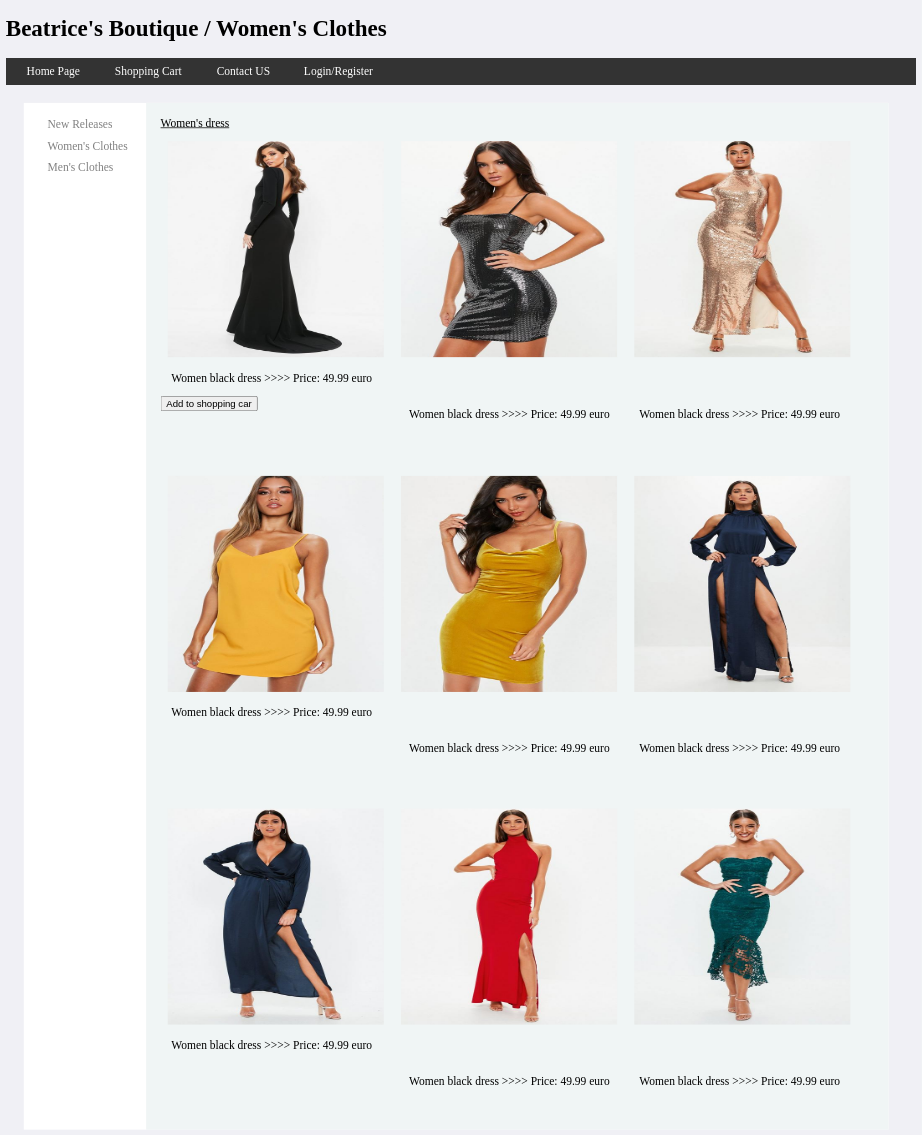
Repository: IosifDobos/Beatrice-Boutique
Page: BeatriceBoutique/Java/WorkSpace/BeatriceBoutique/WebContent/womensClothes.html
The author's editor kept a copy of each file at every save. The page is drawn from the files as they stood at one save, then again after the next save.
The browser window is 1280 px wide. The pictures show the whole page, at 72% of full size.

Above is the page before, as saved 2018-12-04 17:47:36.

### BeatriceBoutique/Java/WorkSpace/BeatriceBoutique/WebContent/womensClothes.html
<!DOCTYPE html >
<html>
<head>
<meta http-equiv="Content-Type" content="text/html; charset=ISO-8859-1">
<link rel="stylesheet" type="text/css" href="styleSheet.css">
<title>Women's Clothes</title>
</head>
<body>

	<h1>Beatrice's Boutique / Women's Clothes</h1>

	<ul>
		<li><a href="homePage.html">Home Page</a></li>
		<li><a href="shoppingCart.html">Shopping Cart</a></li>
		<li><a href="contact.html">Contact US</a></li>
		<li><a href="login.html">Login/Register</a></li>
	</ul>


	<div class = "container">
		<!-- left side of the container where menu is displayed -->
		<div id="sidemenu">
			<a href="#">New Releases</a>
			<a href="womensClothes.html">Women's Clothes</a>
			<a href="#">Men's Clothes</a>
		</div>
		<!-- right side of the container -->
		<div id="right-side">
			<p><u>Women's dress</u></p>

			<img alt="dress" src="womens-img/black-open-back-maxi-dress.jpg" width="300" height="300" style="margin-left: 10px;">

			<img alt="dress1" src="womens-img/black-sewn-through-disc-bodycon-mini-dress.jpg" width="300" height="300" style="margin-left: 20px;">

			<img alt="dress2" src="womens-img/gold-sequin-choker-maxi-dress.jpg" width="300" height="300" style="margin-left: 20px;">
			<div id="product-1">
				<p>Women black dress >>>>  Price: 49.99 euro</p>
			</div>
			<div id="product-2">
				<p>Women black dress >>>>  Price: 49.99 euro</p>
			</div>
			<div id="product-3">
				<p>Women black dress >>>>  Price: 49.99 euro</p>
			</div>
			<div id ="button-url">
				<button data-url="shoppingCart.html" type="button" title="Add to shopping cart"
				class="button">
						Add to shopping car
				</button>
			</div>
			<br><br><br><br><br>
			<img alt="dress3" src="womens-img/mustard-cami-shift-dress.jpg" width="300" height="300" style="margin-left: 10px;">

			<img alt="dress4" src="womens-img/mustard-velvet-cowl-mini-dress.jpg" width="300" height="300" style="margin-left: 20px;">

			<img alt="dress5" src="womens-img/navy-split-front-maxi-dress.jpg" width="300" height="300" style="margin-left: 20px;">
			<div id="product-1">
				<p>Women black dress >>>>  Price: 49.99 euro</p>
			</div>
			<div id="product-2">
				<p>Women black dress >>>>  Price: 49.99 euro</p>
			</div>
			<div id="product-3">
				<p>Women black dress >>>>  Price: 49.99 euro</p>
			</div>
			<br><br><br><br><br><br>
			<img alt="dress6" src="womens-img/plus-size-navy-wrap-front-knot-dress.jpg" width="300" height="300" style="margin-left: 10px;">

			<img alt="dress7" src="womens-img/red-choker-maxi-dress.jpg" width="300" height="300" style="margin-left: 20px;">

			<img alt="dress8" src="womens-img/teal-lace-bandeau-bust-cup-midi-dress.jpg" width="300" height="300" style="margin-left: 20px;">
			<div id="product-1">
				<p>Women black dress >>>>  Price: 49.99 euro</p>
			</div>
			<div id="product-2">
				<p>Women black dress >>>>  Price: 49.99 euro</p>
			</div>
			<div id="product-3">
				<p>Women black dress >>>>  Price: 49.99 euro</p>
			</div>
			<br><br><br><br>
		</div>

	</div>

</body>
</html>

### BeatriceBoutique/Java/WorkSpace/BeatriceBoutique/WebContent/styleSheet.css
@charset "UTF-8";

body{
	background-color: #f0f0f5;
}

ul {
	position: -webkit-sticky;
	position: sticky;
    list-style-type: none;
    top: 0;
    margin: 0;
    padding: 0;
    overflow: hidden;
    background-color: #333;
}

li{
	float: left;
}

li a{
	display: block;
	color: white;
	text-align: center;
	padding: 10px 16px;
	text-decoration: none;
	width: 100px;

}

li a:hover {
    background-color: #555;
    color: white;
}

.active {
    background-color: #4CAF50;
    color: white;
}

.container{
	margin-top: 25px;
	margin-left: 25px;
	margin-right: 25px;
	background-color:  white;
	min-height: 400px;
	width: 95%;
}

/*#container:after{
	content: "";
	display: table;
	clear: both;
} */



#sidemenu {
    min-height: 100px;; /* Full-height: remove this if you want "auto" height */
    width: 150px;; /* Set the width of the sidebar */
    position: fixed; /* Fixed Sidebar (stay in place on scroll) */
    z-index: 1; /* Stay on top */
    top: 150px; /* Stay at the top */
    left: 50px;
    background-color: ; /* Black */
    overflow-x: hidden; /* Disable horizontal scroll */
    padding: 8px 0;
}

#sidemenu a {
    padding: 6px 8px 6px 16px;
    text-decoration: none;
    font-size: 16px;
    color: #818181;
    display: block;
}

/* When you mouse over the navigation links, change their color */
#sidemenu a:hover {
    color: #679898;
}

/* Style page content */
#right-side {
    margin-left: 170px; /* Same as the width of the sidebar */
    padding: 3px 5px 20px 20px;
    background-color: #f0f5f5;
    min-height: 300px;
}


/* #right-side{
	float: right;
	margin-right: 20px;
	width: 60%;
} */


#product-1{
	position: relative;
	margin-left: 15px;
}

#product-2{
	position: absolute;
	margin-left: 345px;
}

#product-3{
	position: absolute;
	margin-left: 665px;
}



/* Responsive layout - when the screen is less than 600px wide, make the two columns stack on top of each other instead of next to each other */
@media screen and (max-width: 600px) {
    .col-25, .col-75, input[type=submit] {
        width: 100%;
        margin-top: 0;
    }
}

@media screen and (max-height: 450px) {
    #sidemenu {padding-top: 15px;}
    #sidemenu a {font-size: 18px;}
}

After the next save:
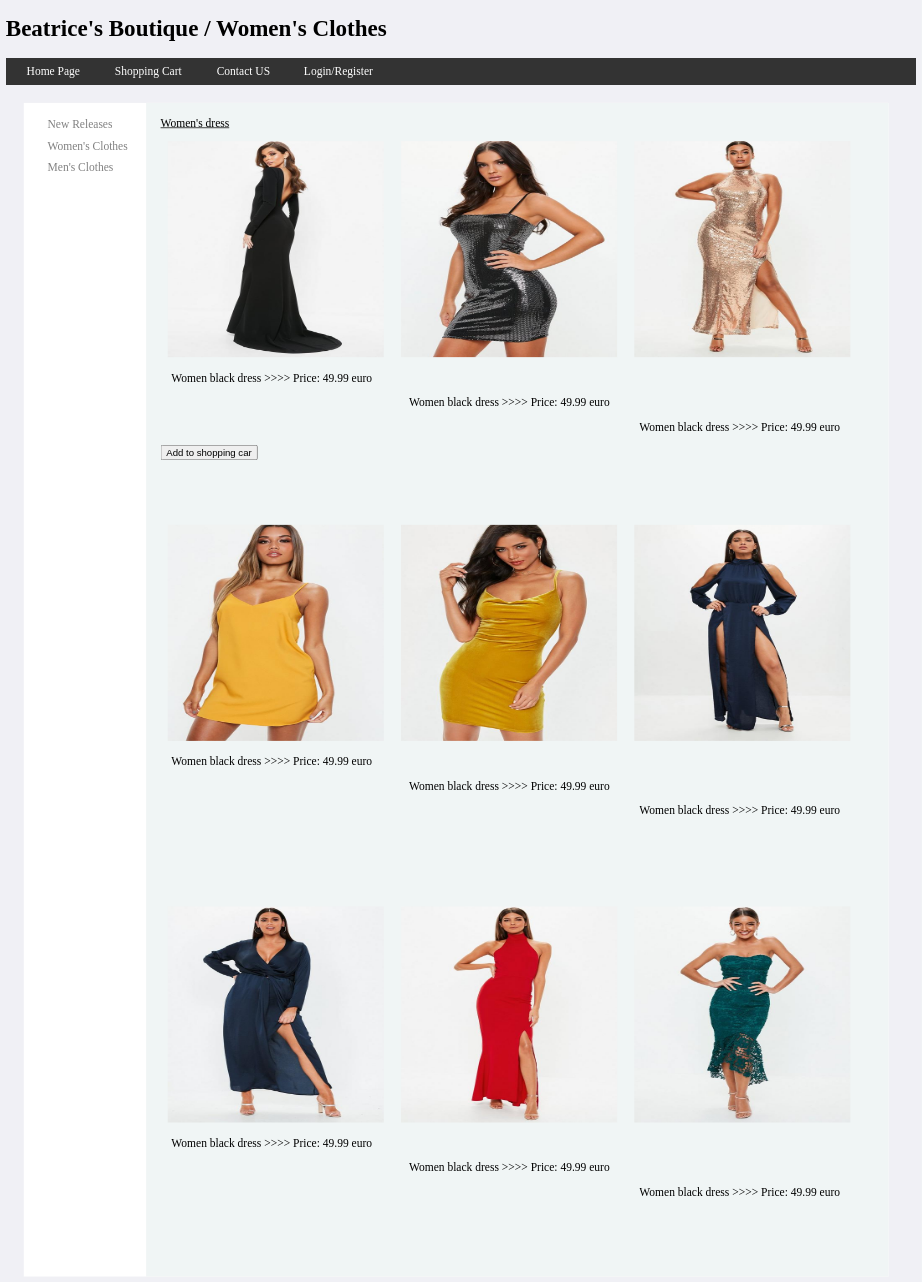
Saved 21 s later.
--- a/BeatriceBoutique/Java/WorkSpace/BeatriceBoutique/WebContent/styleSheet.css
+++ b/BeatriceBoutique/Java/WorkSpace/BeatriceBoutique/WebContent/styleSheet.css
@@ -103,12 +103,12 @@ li a:hover {
 }
 
 #product-2{
-	position: absolute;
+	position: relative;
 	margin-left: 345px;
 }
 
 #product-3{
-	position: absolute;
+	position: relative;
 	margin-left: 665px;
 }
 
